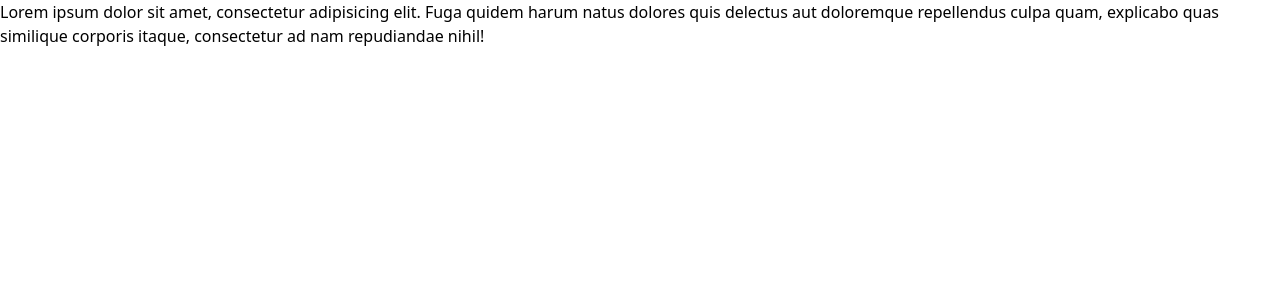
Repository: di-huynh-dev/calendar
Page: /
An editor plug-in stored every save of this project. The page is shown before and after the next save, followed by the edit.
The browser window is 1280 px wide. The pictures show the whole page.
The project was rebuilt for these pictures with package versions that can differ from the ones it lists, and the page was loaded fresh each time. Also part of the build but not shown: vite.config.ts.

Above is the page before, as saved 2024-10-25 11:43:23.

After the next save:
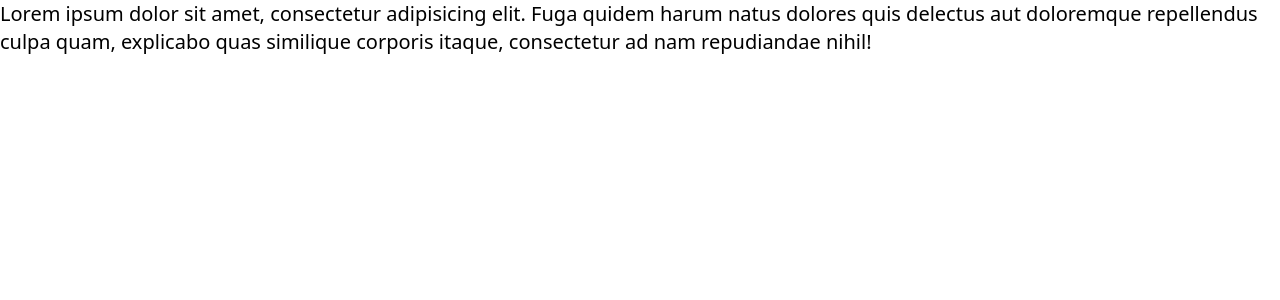
Saved 4 s later.
--- a/src/App.tsx
+++ b/src/App.tsx
@@ -1,7 +1,7 @@
 function App() {
   return (
     <>
-      <p>
+      <p className="text-xl">
         Lorem ipsum dolor sit amet, consectetur adipisicing elit. Fuga quidem
         harum natus dolores quis delectus aut doloremque repellendus culpa quam,
         explicabo quas similique corporis itaque, consectetur ad nam repudiandae
